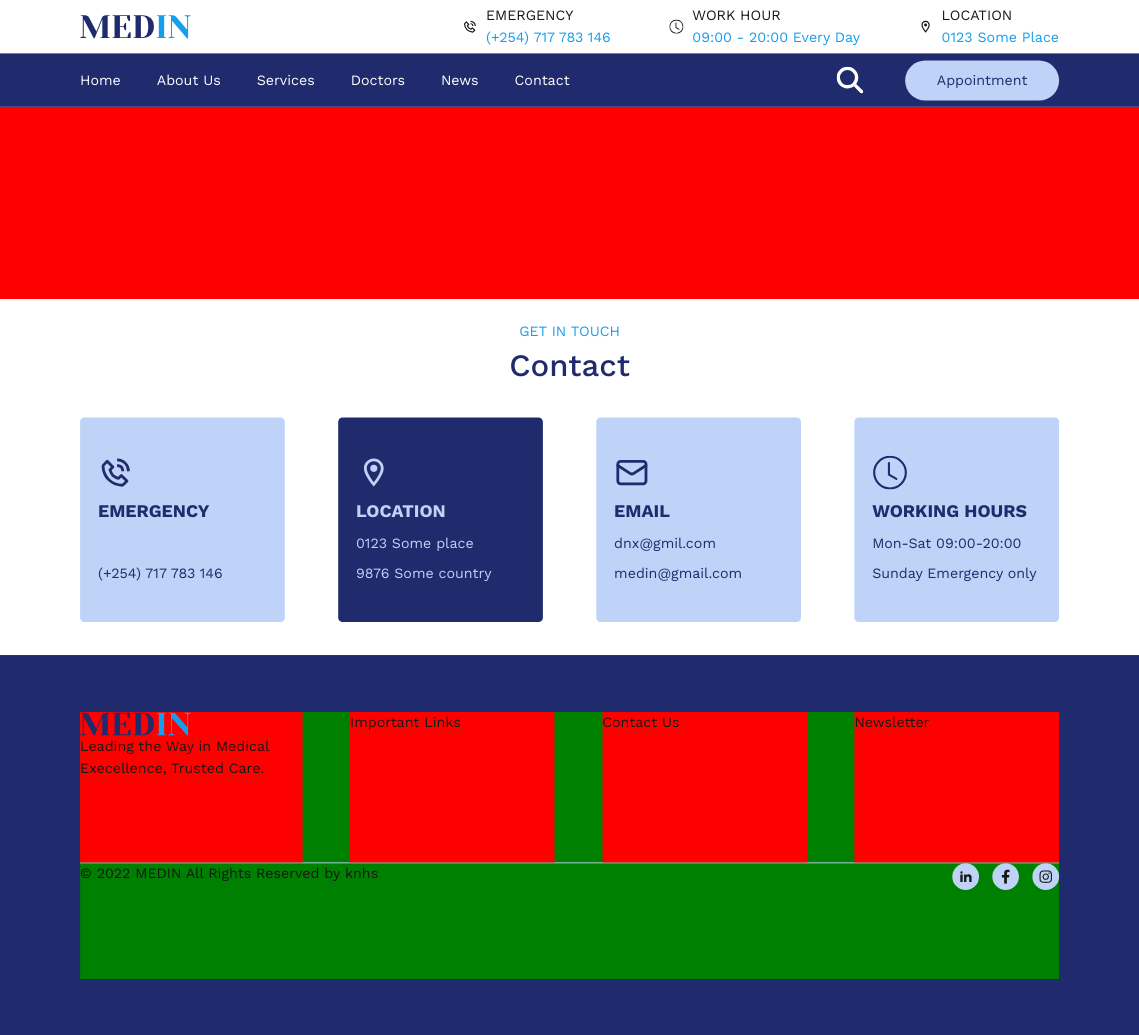
Repository: SynHK3/Poc_Hospital
Page: /appointment (app in fe_hospital/)
The author's editor kept a copy of each file at every save. The page is drawn from the files as they stood at one save, then again after a run of saves.
The browser window is 1280 px wide. The pictures show the whole page, at 89% of full size.
The project was rebuilt for these pictures with package versions that can differ from the ones it lists, and the page was loaded fresh each time. The framework's server and built-in components were replaced by stand-ins that run in the browser. Also part of the build but not shown: fe_hospital/next.config.ts.

Above is the page before, as saved 2025-09-02 16:45:13.

### fe_hospital/src/app/layout.tsx
import type { Metadata } from "next";
import { Geist, Geist_Mono, Work_Sans } from "next/font/google";
import "./globals.css";

const geistSans = Geist({
  variable: "--font-geist-sans",
  subsets: ["latin"],
});

const geistMono = Geist_Mono({
  variable: "--font-geist-mono",
  subsets: ["latin"],
});

const workSans = Work_Sans({
  subsets: ["latin"],
  weight: ["400", "500", "600", "700"], // chọn các weight cần
});

export const metadata: Metadata = {
  title: "Create Next App",
  description: "Generated by create next app",
};

export default function RootLayout({
  children,
}: Readonly<{
  children: React.ReactNode;
}>) {
  return (
    <html lang="en">
      <body
        className={`${workSans.className} ${geistMono.variable} antialiased`}
      >
        {children}
      </body>
    </html>
  );
}

### fe_hospital/src/app/appointment/page.tsx
import Header from "@/components/header/header";
import "./appointment.css";
import Contact from "@/components/contact/contact";
import Footer from "@/components/footer/footer";

export default function Appointment() {
  return (
    <div>
      <Header></Header>
      <div className="container__content--appointment"></div>
      <Contact></Contact>
      <Footer></Footer>
    </div>
  );
}

### fe_hospital/src/components/header/header.tsx
import Logo from "../../images/Logo.svg";
import Image from "next/image";
import { BiPhoneCall } from "react-icons/bi";
import { FaMagnifyingGlass } from "react-icons/fa6";
import { BsClock } from "react-icons/bs";
import { MdOutlineLocationOn } from "react-icons/md";
import "./header.css";

export default function Header() {
  return (
    <div className="container__header">
      <div className="header__layout">
        <div className="header__headline">
          <Image src={Logo} width={125} height={42} alt=""></Image>

          <div className="header__headline--info">
            <div className="header__headline--info--item">
              <BiPhoneCall className="icon__info--item"></BiPhoneCall>

              <div className="header__headline--info--desc">
                <h3>EMERGENCY</h3>
                <h5>(+254) 717 783 146</h5>
              </div>
            </div>

            <div className="header__headline--info--item">
              <BsClock className="icon__info--item"></BsClock>

              <div className="header__headline--info--desc">
                <h3>WORK HOUR</h3>
                <h5>09:00 - 20:00 Every Day</h5>
              </div>
            </div>

            <div className="header__headline--info--item">
              <MdOutlineLocationOn className="icon__info--item"></MdOutlineLocationOn>

              <div className="header__headline--info--desc">
                <h3>LOCATION</h3>
                <h5>0123 Some Place</h5>
              </div>
            </div>
          </div>
        </div>

        <div className="header__nav">
          <div className="layout__header--nav">
            <ul className="header__list--nav">
              <li>Home</li>
              <li>About Us</li>
              <li>Services</li>
              <li>Doctors</li>
              <li>News</li>
              <li>Contact</li>
            </ul>

            <div className="header__nav--appoinment">
              <FaMagnifyingGlass fontSize={30}></FaMagnifyingGlass>

              <button className="header__btn--appointment">Appointment</button>
            </div>
          </div>
        </div>
      </div>
    </div>
  );
}

### fe_hospital/src/app/appointment/appointment.css
.container__content--appointment {
  width: 100%;
  height: 30vh;
  background-color: red;
}

### fe_hospital/src/components/contact/contact.tsx
import "./contact.css";

import { BiPhoneCall } from "react-icons/bi";
import { MdOutlineLocationOn } from "react-icons/md";
import { LuMail } from "react-icons/lu";
import { BsClock } from "react-icons/bs";

export default function Contact() {
  return (
    <div className="container__contact">
      <div className="container__layout--contact">
        <div className="content__contact--headline">
          <h6>GET IN TOUCH</h6>
          <h1>Contact</h1>
        </div>

        <ul className="content__list--contact">
          <li>
            <div className="contact--item">
              <BiPhoneCall className="contact__item--icon"></BiPhoneCall>
              <h1>EMERGENCY</h1>

              <h3 style={{ visibility: "hidden" }}>dnx@gmil.com</h3>
              <p>(+254) 717 783 146</p>
            </div>
          </li>
          <li>
            <div className="contact--item">
              <MdOutlineLocationOn className="contact__item--icon"></MdOutlineLocationOn>
              <h1>LOCATION</h1>

              <p>0123 Some place</p>
              <p>9876 Some country</p>
            </div>
          </li>
          <li>
            <div className="contact--item">
              <LuMail className="contact__item--icon"></LuMail>
              <h1>EMAIL</h1>

              <p>dnx@gmil.com</p>
              <p>medin@gmail.com</p>
            </div>
          </li>
          <li>
            <div className="contact--item">
              <BsClock className="contact__item--icon"></BsClock>
              <h1 className="headline--item">WORKING HOURS</h1>

              <p>Mon-Sat 09:00-20:00</p>
              <p>Sunday Emergency only</p>
            </div>
          </li>
        </ul>
      </div>
    </div>
  );
}

### fe_hospital/src/components/footer/footer.tsx
import "./footer.css";
import { RiLinkedinFill } from "react-icons/ri";
import { FaFacebookF } from "react-icons/fa";
import { FaInstagram } from "react-icons/fa";
import Image from "next/image";
import Logo from "../../images/Logo.svg";

export default function Footer() {
  return (
    <div className="container__footer">
      <div className="container__layout--footer">
        <ul className="list__footer--item">
          <li>
            <div>
              <Image src={Logo} width={125} height={42} alt=""></Image>
              <h1 className="headline__footer">Leading the Way in Medical Execellence, Trusted Care.</h1>
            </div>
          </li>
          <li>
            <div>
              <h1>Important Links</h1>
              <ul className="list--item--footer--link">
                <li></li>
                <li></li>
                <li></li>
                <li></li>
              </ul>
            </div>
          </li>

          <li>
            <div>
              <h1>Contact Us</h1>
              <ul className="list--item--footer--contact">
                <li></li>
                <li></li>
                <li></li>
                <li></li>
              </ul>
            </div>
          </li>
          <li>
            <div>
              <h1>Newsletter</h1>
            </div>
          </li>
        </ul>

        <div className="footer--line"></div>

        <div className="footer--link--social">
          <h3>© 2022 MEDIN All Rights Reserved by knhs</h3>

          <ul className="list--icon--link--social">
            <li>
              <RiLinkedinFill></RiLinkedinFill>
            </li>
            <li>
              <FaFacebookF></FaFacebookF>
            </li>
            <li>
              <FaInstagram></FaInstagram>
            </li>
          </ul>
        </div>
      </div>
    </div>
  );
}

### fe_hospital/src/components/header/header.css
.container__header {
  width: 100%;
  height: 120px;
}

.header__layout {
  display: flex;
  flex-direction: column;
  align-items: center;
  width: 100%;
}

.header__headline {
  display: flex;
  justify-content: space-between;
  width: 1100px;
  height: 60px;
}

.header__headline--info {
  width: 670px;
  display: flex;
  justify-content: space-between;
}

.header__headline--info--desc > h5 {
  color: #159eec;
}

.header__headline--info--item {
  height: 60px;
  display: flex;
  align-items: center;
}

.icon__info--item {
  font-size: 30;
  margin-right: 10px;
}

/* Header Nav */

.header__nav {
  display: flex;
  align-items: center;
  justify-content: center;
  width: 100%;
  height: 60px;
  background-color: #1f2b6c;
  color: white;
}

.layout__header--nav {
  display: flex;
  justify-content: space-between;
  align-items: center;
  width: 1100px;
  height: 60px;
}

.header__list--nav {
  width: 550px;
  display: flex;
  justify-content: space-between;
}

.header__nav--appoinment {
  width: 250px;
  height: 45px;
  display: flex;
  justify-content: space-between;
  align-items: center;
}

.header__btn--appointment {
  color: #1f2b6c;
  width: 173px;
  height: 45px;
  background-color: #bfd2f8;
  border-radius: 30px;
}

### fe_hospital/src/components/contact/contact.css
.container__contact {
  display: flex;
  width: 100%;
  height: 400px;
  justify-content: center;
}

.container__layout--contact {
  display: flex;
  flex-direction: column;
  justify-content: space-between;
  width: 1100px;
  height: 363px;
}

.content__contact--headline {
  display: flex;
  flex-direction: column;
  width: 100%;
  height: 127px;
  align-items: center;
  justify-content: center;
}

.content__list--contact {
  display: flex;
  justify-content: space-between;
  align-items: center;
}

.content__contact--headline > h1 {
  font-size: 35px;
  font-weight: 500;
  color: #1f2b6c;
}
.content__contact--headline > h6 {
  color: #159eec;
}

.content__list--contact > li {
  display: flex;
  align-items: center;
  width: 230px;
  height: 230px;
  background-color: #bfd2f8;
  border-radius: 5px;
}

.content__list--contact > li:nth-child(2) {
  background-color: #1f2b6c;
}

.content__list--contact > li:nth-child(2) > div > p,
.content__list--contact > li:nth-child(2) > div > h1,
.content__list--contact > li:nth-child(2) > div > .contact__item--icon {
  color: #bfd2f8;
}

.contact--item {
  margin-left: 20px;
  display: flex;
  flex-direction: column;
  justify-content: space-between;
  width: 126px;
  height: 145px;
}

.contact--item > h1 {
  width: 230px;
  font-size: 20px;
  font-weight: 700;
  color: #1f2b6c;
}

.contact--item > p {
  width: 230px;
  color: #1f2b6c;
}

.headline--item {
  width: 140px;
}

.contact__item--icon {
  width: 40px;
  height: 38px;
  color: #1f2b6c;
}

### fe_hospital/src/components/footer/footer.css
.container__footer {
  display: flex;
  width: 100%;
  height: 427px;
  justify-content: center;
  align-items: center;
  background-color: #1f2b6c;
}

.container__layout--footer {
  width: 1100px;
  height: 300px;
  background-color: green;
}

/* Footer Items  */
.list__footer--item {
  display: flex;
  justify-content: space-between;
  height: 169px;
}

.list__footer--item > li {
  background-color: red;
}

.list__footer--item > li:last-child,
.list__footer--item > li:nth-child(3),
.list__footer--item > li:nth-child(2) {
  width: 230px;
}

.headline__footer {
  width: 250px;
}

/* Footer Line */

.footer--line {
  width: 100%;
  height: 1px;
  background-color: #bfd2f8;
}

.footer--link--social {
  justify-content: space-between;
  display: flex;
}

.list--icon--link--social {
  display: flex;
  justify-content: space-between;
  width: 120px;
}

.list--icon--link--social > li {
  display: flex;
  align-items: center;
  justify-content: center;
  width: 30px;
  height: 30px;
  background-color: #bfd2f8;
  border-radius: 50%;
}

Loaded but not shown: fe_hospital/src/app/globals.css (common file)

After the next 2 saves:
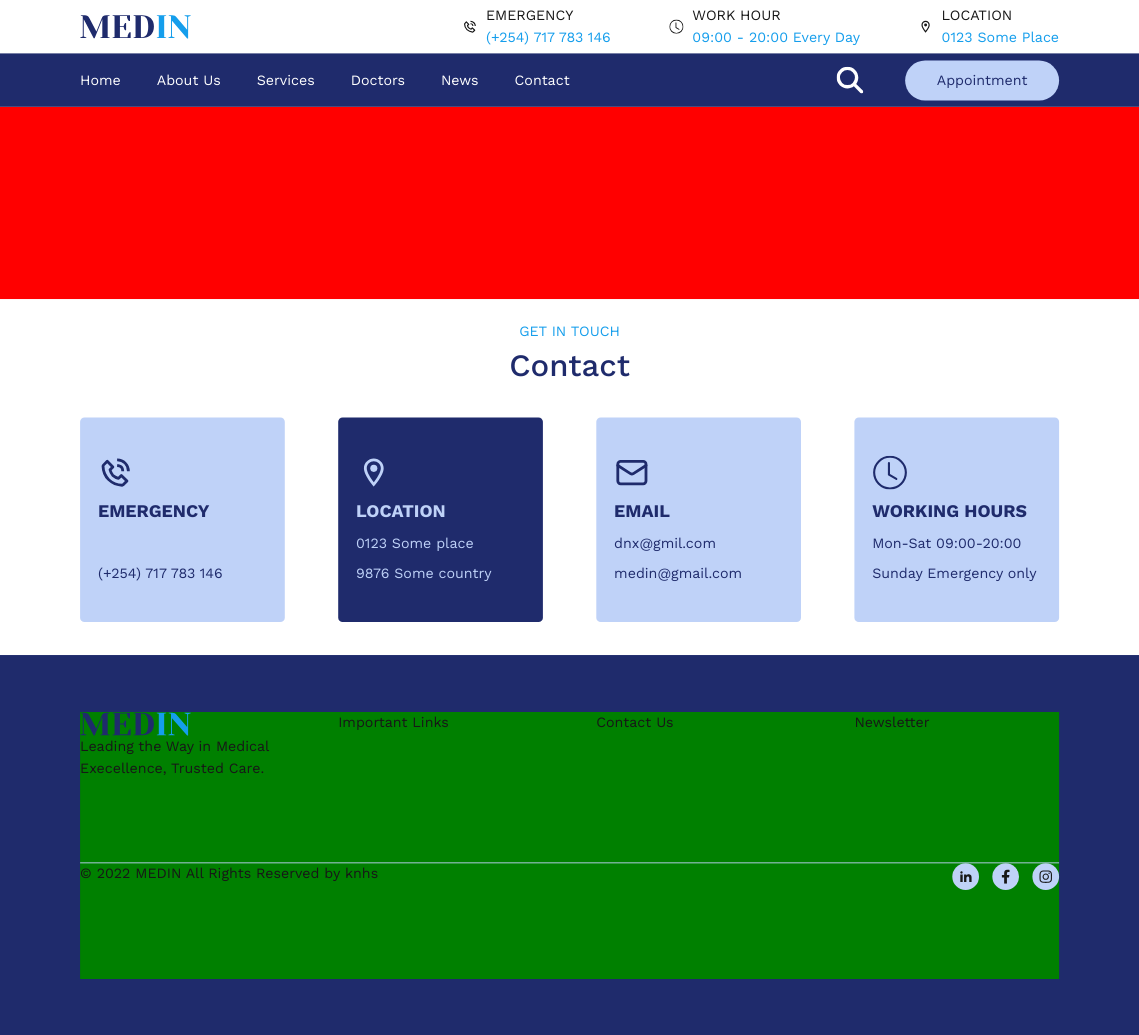
The 2 saves are shown as one change because they came seconds apart.
The last was saved 15 s later.
--- a/fe_hospital/src/components/footer/footer.css
+++ b/fe_hospital/src/components/footer/footer.css
@@ -21,13 +21,13 @@
 }
 
 .list__footer--item > li {
-  background-color: red;
+  width: 230px;
 }
 
 .list__footer--item > li:last-child,
 .list__footer--item > li:nth-child(3),
 .list__footer--item > li:nth-child(2) {
-  width: 230px;
+
 }
 
 .headline__footer {
